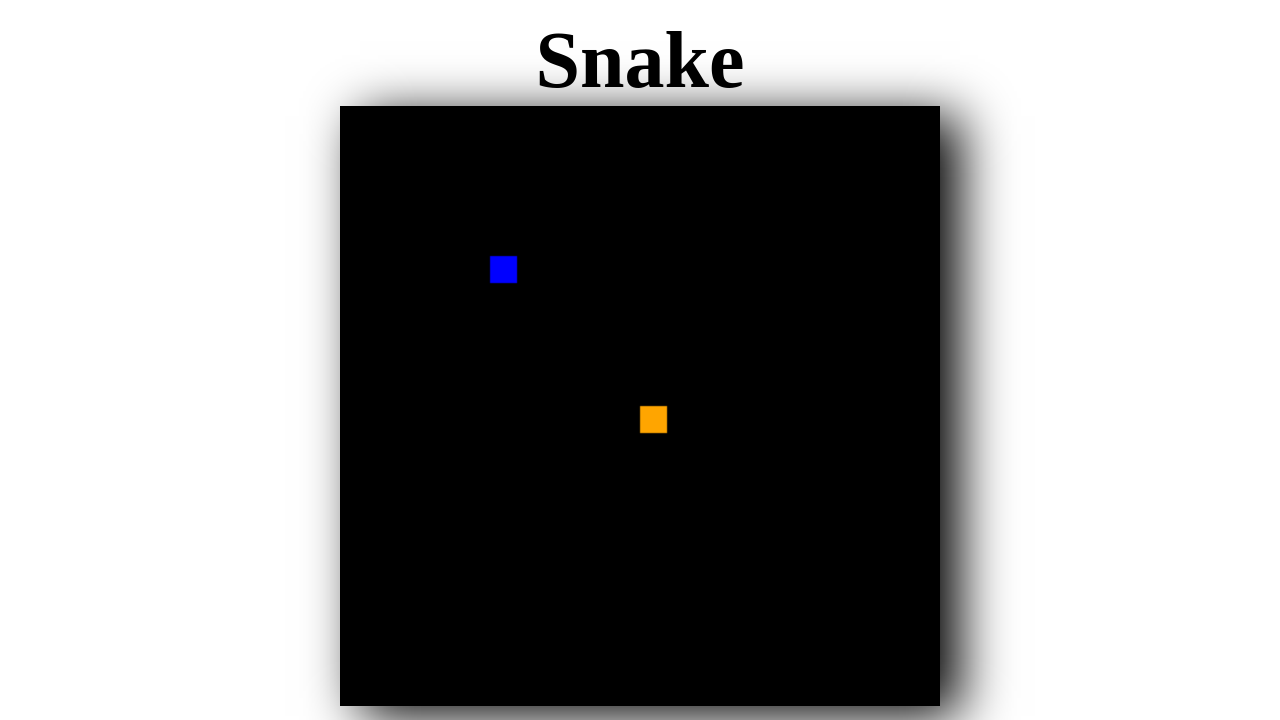
Repository: Ellisvelandia/snake
Page: index.html
The author's editor kept a copy of each file at every save. The page is drawn from the files as they stood at one save, then again after a run of saves.
The browser window is 1280 px wide. The pictures show the whole page.

Above is the page before, as saved 2022-08-27 19:35:58.
Console error (its wording comes from the project's code and is left out).

After the next 3 saves:
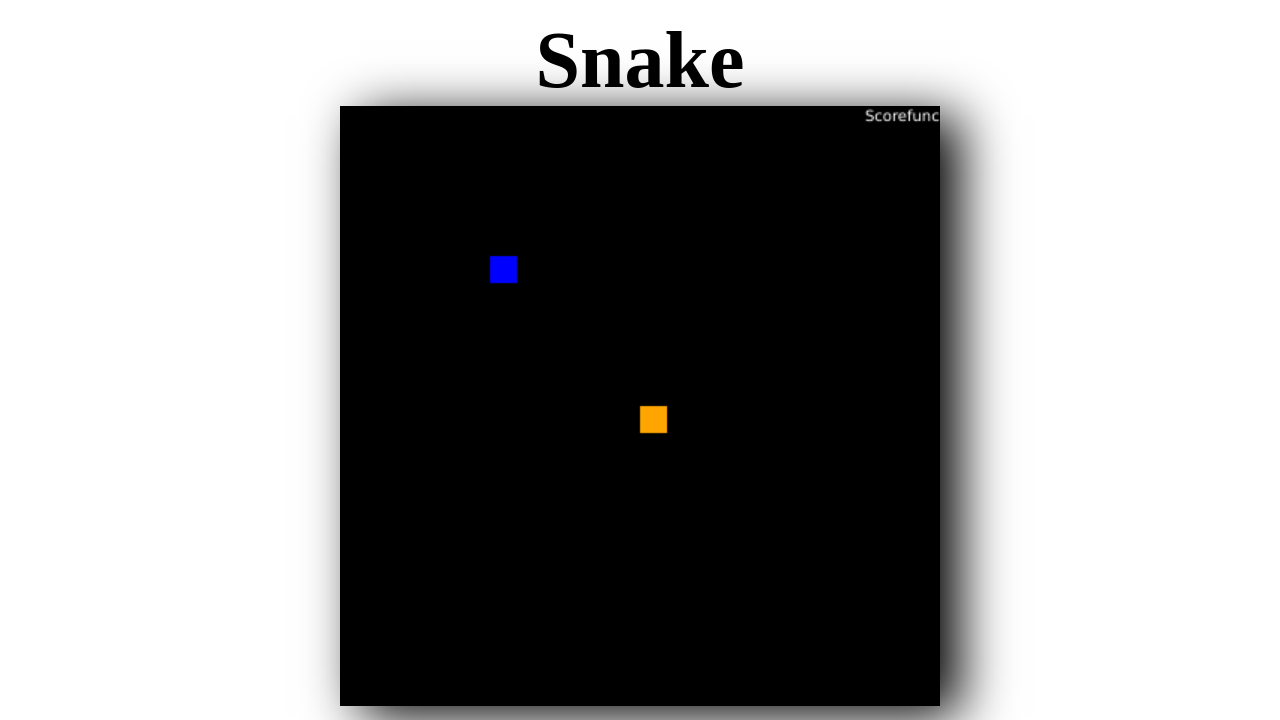
The error is gone.
The 3 saves are shown as one change because they came seconds apart.
The last was saved 12 s later.
--- a/index.js
+++ b/index.js
@@ -39,9 +39,9 @@ function drawGame() {
 }
 
 function drawScore() {
-  ctx.fillStyle ="#fff"
-  ctx.font = "10px verdana"
-  ctx.fillText("Score" + ScreenOrientation, canvas.width)
+  ctx.fillStyle = "#fff";
+  ctx.font = "10px verdana";
+  ctx.fillText("Score" + ScreenOrientation, canvas.width - 50, 10);
 }
 
 function clearScreen() {
